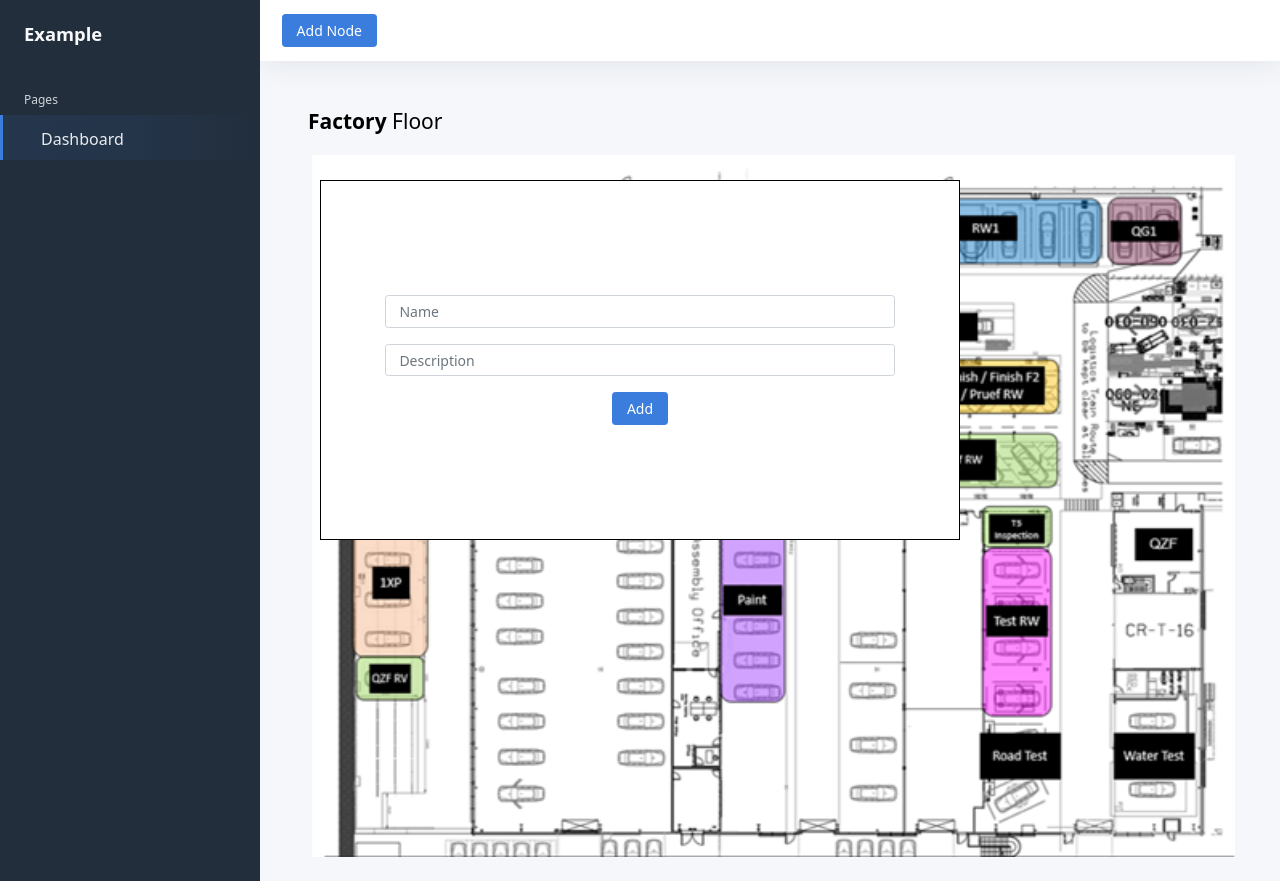
Repository: nick2price2003/rr-app
Page: /, after clicking the first element matching `button.addButton`
These files come from the project's save history. The page is drawn as it stood at one moment and after a run of saves; the edit follows.
The browser window is 1280 px wide. The pictures show the whole page.
The project was rebuilt for these pictures with package versions that can differ from the ones it lists, and the page was loaded fresh each time. The framework's server and built-in components were replaced by stand-ins that run in the browser. Also part of the build but not shown: next.config.js, components/ContextMenu.js, components/Card.js.

Above is the page before, as saved 2022-10-12 12:17:39.

### pages/index.js
/* eslint-disable react/jsx-key */
import React, { useRef, useEffect, useState } from "react";

import Head from "next/head";
import Draggable from "react-draggable";
import ContextMenu from "../components/ContextMenu";
import AddNodeForm from "../components/AddNodeForm";
import Card from "../components/Card";

export default function Home() {
  const [addItem, setAddItem] = useState(false);
  const [tasks, setTasks] = useState([]);
  const addTask = (task) => {
    setTasks(task);
  };
  const handleSubmit = () => {
    setAddItem(!addItem);
  };

  const handleAddNode = () => {
    document.getElementById("node-container").innerHTML +=
      "<div class='node-box'>";
  };
  return (
    <div>
      <Head>
        <title>RR Example</title>
        <meta name='description' content='Generated by create next app' />
        <link rel='icon' href='/favicon.ico' />
      </Head>

      <div className='wrapper'>
        {/*  <ContextMenu handleAddNode={handleAddNode} /> */}
        <nav id='sidebar' className='sidebar js-sidebar'>
          <div className='sidebar-content js-simplebar'>
            <a className='sidebar-brand' href='index.html'>
              <span className='align-middle'>Example</span>
            </a>

            <ul className='sidebar-nav'>
              <li className='sidebar-header'>Pages</li>

              <li className='sidebar-item active'>
                <a className='sidebar-link' href='index.html'>
                  <i className='align-middle' data-feather='sliders'></i>{" "}
                  <span className='align-middle'>Dashboard</span>
                </a>
              </li>
            </ul>
          </div>
        </nav>

        <div className='main'>
          <nav className='navbar navbar-expand navbar-light navbar-bg'>
            <button
              onClick={handleSubmit}
              className='addButton btn btn-primary'
            >
              Add Node
            </button>
          </nav>
          <main className='content'>
            <div className='container-fluid p-0'>
              <div className='row'>
                <div className='col-12 d-flex'>
                  <div className='w-100'>
                    <h1 className='h3 mb-3'>
                      {addItem && (
                        <AddNodeForm
                          addItem={addItem}
                          setAddItem={setAddItem}
                          tasks={tasks}
                          setTasks={addTask}
                        />
                      )}
                      <strong>Factory</strong> Floor
                    </h1>
                  </div>
                </div>
              </div>
              <div className='row'>
                <div className='col-12 d-flex'>
                  {tasks.map((e) => (
                    <Card currentTask={e} tasks={tasks} addTask={addTask} />
                  ))}
                  <div className='w-100'>
                    <div className='floor-plan'>
                      <img src='/images/floor2.png' alt='' />
                    </div>
                  </div>
                </div>
              </div>
            </div>
          </main>
        </div>
      </div>
    </div>
  );
}

### components/AddNodeForm.js
import React, { useState } from "react";
import { v4 as uuidv4 } from "uuid";

export default function AddNodeForm({ setAddItem, addItem, tasks, setTasks }) {
  const [name, setName] = useState("");
  const [description, setDescription] = useState("");
  const handleSubmit = (e) => {
    e.preventDefault();
    let newTask = {
      id: uuidv4(),
      name: name,
      description: description,
    };
    setTasks([...tasks, newTask]);
    setAddItem(!addItem);
  };
  return (
    <div className='addForm'>
      <form onSubmit={(e) => handleSubmit(e)}>
        <input
          type='text'
          placeholder='Name'
          className="form-control mb-3"
          onChange={(e) => setName(e.target.value)}
        />
        <input
          type='text'
          placeholder='Description'
          className="form-control mb-3"
          onChange={(e) => setDescription(e.target.value)}
        />
        <button type='submit' className="btn btn-primary">Add</button>
      </form>
    </div>
  );
}

Loaded but not shown: pages/_app.js (common file); styles/globals.css (library)

After the next 2 saves:
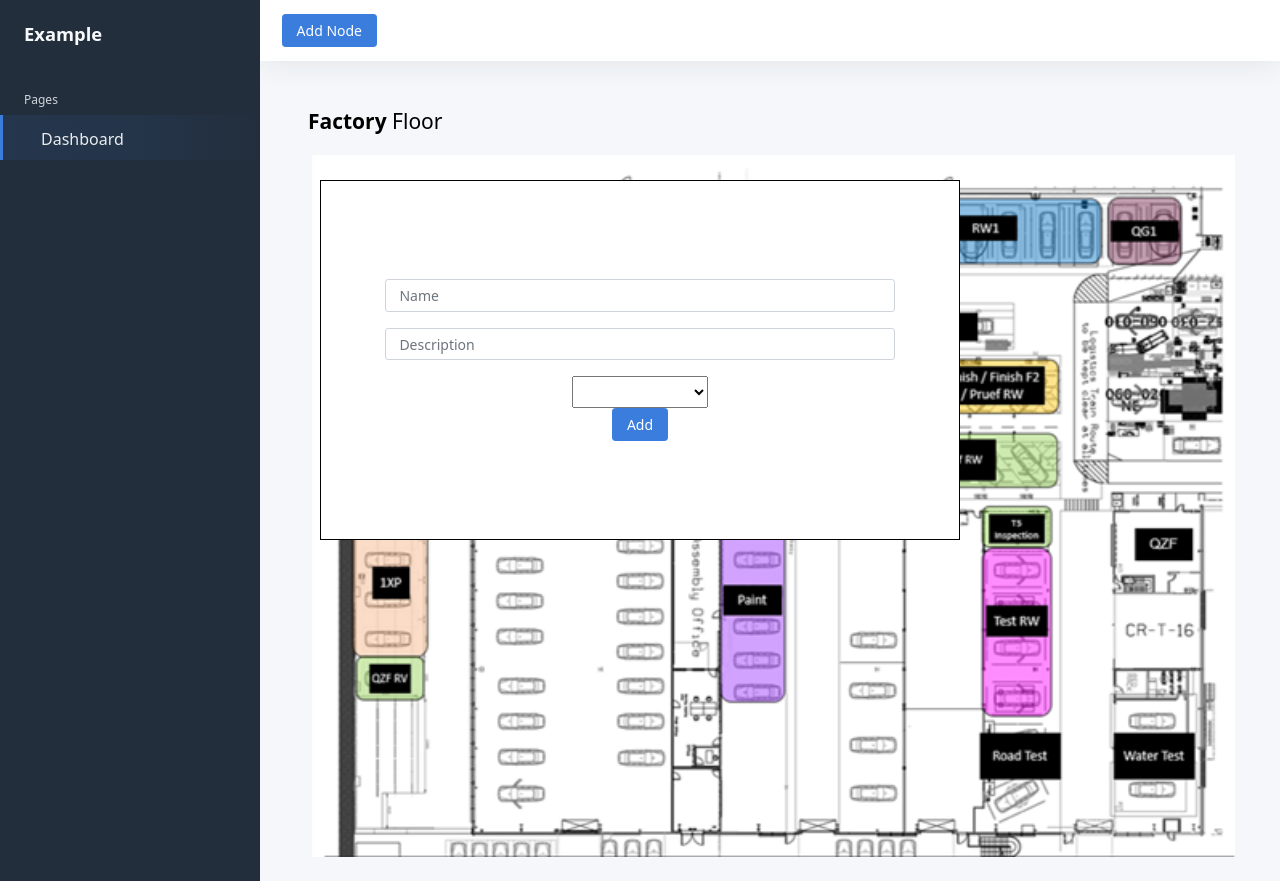
The 2 saves are shown as one change because they came seconds apart.
The last was saved 20 h 37 min later.
--- a/components/AddNodeForm.js
+++ b/components/AddNodeForm.js
@@ -20,16 +20,30 @@ export default function AddNodeForm({ setAddItem, addItem, tasks, setTasks }) {
         <input
           type='text'
           placeholder='Name'
-          className="form-control mb-3"
+          className='form-control mb-3'
           onChange={(e) => setName(e.target.value)}
         />
         <input
           type='text'
           placeholder='Description'
-          className="form-control mb-3"
+          className='form-control mb-3'
           onChange={(e) => setDescription(e.target.value)}
         />
-        <button type='submit' className="btn btn-primary">Add</button>
+        <select
+          name='timeline'
+          id='timeline'
+          onChange={(e) => {
+            setOption(e.target.value);
+          }}
+        >
+          <option value=''></option>
+          <option value='planning'>Planning</option>
+          <option value='inprogress'>In-Progress</option>
+          <option value='done'>Done</option>
+        </select>
+        <button type='submit' className='btn btn-primary'>
+          Add
+        </button>
       </form>
     </div>
   );
